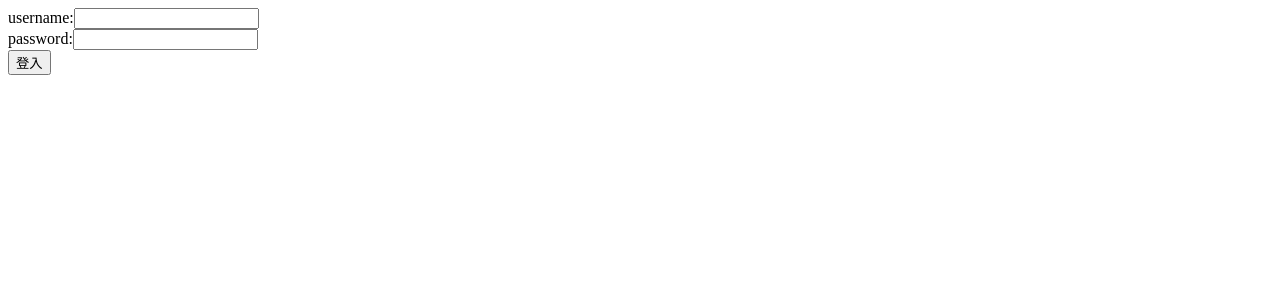
Repository: wikelgc/JSP
Page: ZhuCe/WebRoot/Logon.html
These files come from the project's save history. The page is drawn as it stood at one moment and after the next save; the edit follows.
The browser window is 1280 px wide. The pictures show the whole page.

Above is the page before, as saved 2015-05-31 11:49:02.

### ZhuCe/WebRoot/Logon.html
<html>
<head>
<title>script_eventform_01</title>
	<script language="JavaScript">
		function show(){		// 定义函数文本框
var value = document.myform.name.value ;      // 取得输入的内容
	alert("输入的内容是：" + value) ;
		}
	</script>
</head>
<body>
<form action="" method="post" name="myform" onsubmit = "show">  <!-- 表单开始标记 -->
username:<input type="text" name="name"><br>
password:<input type="text" name="password"><br>
<input type="submit" value="登入">
</form>
</body>
</html>

After the next save:
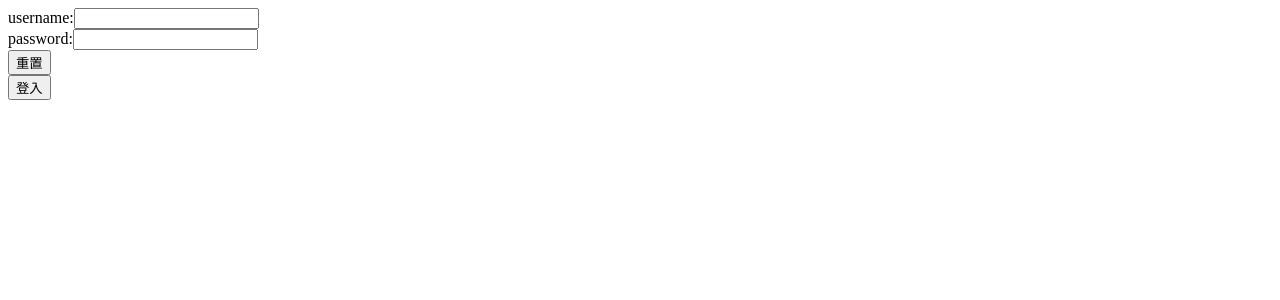
Saved 15 min 14 s later.
--- a/ZhuCe/WebRoot/Logon.html
+++ b/ZhuCe/WebRoot/Logon.html
@@ -1,18 +1,28 @@
 <html>
 <head>
+<meta charset = "UTF-8"/>
 <title>script_eventform_01</title>
 	<script language="JavaScript">
 		function show(){		// 定义函数文本框
 var value = document.myform.name.value ;      // 取得输入的内容
-	alert("输入的内容是：" + value) ;
+var password = document.myform.password.value ;      // 取得输入的内容
+          if(value == "admin"){
+              if(password == "000")
+                  alert("登入成功") ;
+              else
+                alert("密码错误") ;
+          }
+          else
+           alert("用户名输入错误") ;
 		}
 	</script>
 </head>
 <body>
-<form action="" method="post" name="myform" onsubmit = "show">  <!-- 表单开始标记 -->
+<form action="" method="post" name="myform" onsubmit = "show()">  <!-- 表单开始标记 -->
 username:<input type="text" name="name"><br>
 password:<input type="text" name="password"><br>
-<input type="submit" value="登入">
+<input type = "reset" value = "重置"><br>
+<input type="submit" value="登入"><br>
 </form>
 </body>
 </html>
